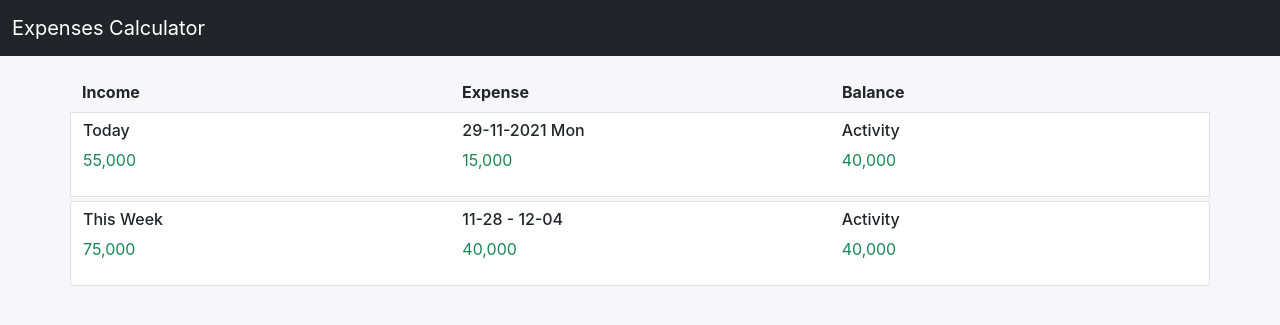
Repository: eidankhan/expenses-calculator
Page: /
The author's editor kept a copy of each file at every save. The page is drawn from the files as they stood at one save, then again after the next save.
The browser window is 1280 px wide. The pictures show the whole page.
The project was rebuilt for these pictures with package versions that can differ from the ones it lists, and the page was loaded fresh each time. Also part of the build but not shown: src/components/SaveIncome.js.

Above is the page before, as saved 2021-11-29 17:29:31.

### public/index.html
<!DOCTYPE html>
<html lang="en">
  <head>
    <meta charset="utf-8" />
    <link rel="icon" href="%PUBLIC_URL%/favicon.ico" />
    <meta name="viewport" content="width=device-width, initial-scale=1" />
    <meta name="theme-color" content="#000000" />
    <meta
      name="description"
      content="Web site created using create-react-app"
    />
    <link rel="apple-touch-icon" href="%PUBLIC_URL%/logo192.png" />
    <link rel="manifest" href="%PUBLIC_URL%/manifest.json" />
    <!-- CSS only -->
    <link
      href="https://cdn.jsdelivr.net/npm/bootstrap@5.1.3/dist/css/bootstrap.min.css"
      rel="stylesheet"
      integrity="sha384-1BmE4kWBq78iYhFldvKuhfTAU6auU8tT94WrHftjDbrCEXSU1oBoqyl2QvZ6jIW3"
      crossorigin="anonymous"
    />
    <title>Shopping Cart App</title>
  </head>
  <body>
    <noscript>You need to enable JavaScript to run this app.</noscript>
    <div id="root"></div>
    <!-- JavaScript Bundle with Popper -->
    <script
      src="https://cdn.jsdelivr.net/npm/bootstrap@5.1.3/dist/js/bootstrap.bundle.min.js"
      integrity="sha384-ka7Sk0Gln4gmtz2MlQnikT1wXgYsOg+OMhuP+IlRH9sENBO0LRn5q+8nbTov4+1p"
      crossorigin="anonymous"
    ></script>
  </body>
</html>

### src/index.css
body {
  margin: 0;
  font-family: -apple-system, BlinkMacSystemFont, 'Segoe UI', 'Roboto', 'Oxygen',
    'Ubuntu', 'Cantarell', 'Fira Sans', 'Droid Sans', 'Helvetica Neue',
    sans-serif;
  -webkit-font-smoothing: antialiased;
  -moz-osx-font-smoothing: grayscale;
}

code {
  font-family: source-code-pro, Menlo, Monaco, Consolas, 'Courier New',
    monospace;
}

body{
  background-color: #F7F7F9;
}

### src/App.js
// import {
//   BrowserRouter as Router,
//   Routes,
//   Route,
// } from "react-router-dom";

import { IncomeSummary } from "./components/IncomeSummary";
import { Navbar } from "./components/Navbar";
import { SaveIncome } from "./components/SaveIncome";

function App() {
  return (
    <>
      <Navbar />
      <div className="container my-3">
        {/* <SaveIncome/> */}
        <IncomeSummary/>
      </div>
    </>
  );
}

export default App;

### src/components/IncomeSummary.js
import React from "react";

export const IncomeSummary = () => {
  return (
    <div className="my-3">
      <div className="row">
        <div className="col-md-4 my-2 ">
          {" "}
          <strong>Income</strong>{" "}
        </div>
        <div className="col-md-4 my-2 ">
          {" "}
          <strong>Expense</strong>{" "}
        </div>
        <div className="col-md-4 my-2 ">
          {" "}
          <strong>Balance</strong>{" "}
        </div>
      </div>
      <div className="row border rounder" style={{backgroundColor: "white"}}>
        <div className="col-md-4 my-2" m>
          <h6> Today </h6>
          <p className="text-success"> 55,000</p>
        </div>
        <div className="col-md-4 my-2">
          <h6> 29-11-2021 Mon </h6>
          <p className="text-success"> 15,000</p>
        </div>
        <div className="col-md-4 my-2">
          <h6> Activity </h6>
          <p className="text-success"> 40,000</p>
        </div>
      </div>
      <div className="row border rounded my-1" style={{backgroundColor: "white"}}>
        <div className="col-md-4 my-2">
          <div className="cards">
            <h6> This Week </h6>
            <p className="text-success"> 75,000</p>
          </div>
        </div>
        <div className="col-md-4 my-2">
          <h6> 11-28 - 12-04 </h6>
          <p className="text-success"> 40,000</p>
        </div>
        <div className="col-md-4 my-2">
          <h6> Activity </h6>
          <p className="text-success"> 40,000</p>
        </div>
      </div>
    </div>
  );
};

### src/components/Navbar.js
import React from "react";

export const Navbar = () => {
  return (
    <nav className="navbar navbar-dark bg-dark">
      <div className="container-fluid">
        <a className="navbar-brand" href="/" > Expenses Calculator</a>

        {/* <form className="d-flex">
          <input
            className="form-control me-2"
            type="search"
            placeholder="Search"
            aria-label="Search"
          />
          <button className="btn btn-outline-success" type="submit">
            Search
          </button>
        </form> */}

      </div>
    </nav>
  );
};

Loaded but not shown: src/index.js (common file)

After the next save:
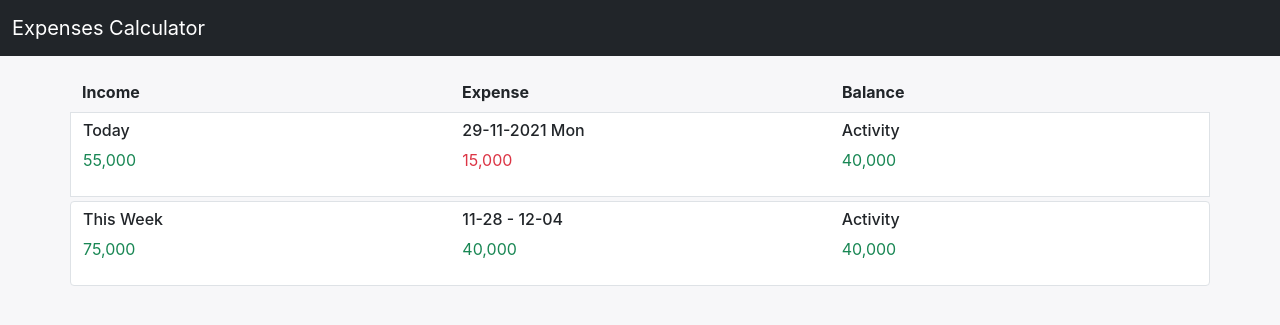
Saved 24 s later.
--- a/src/components/IncomeSummary.js
+++ b/src/components/IncomeSummary.js
@@ -24,7 +24,7 @@ export const IncomeSummary = () => {
         </div>
         <div className="col-md-4 my-2">
           <h6> 29-11-2021 Mon </h6>
-          <p className="text-success"> 15,000</p>
+          <p className="text-danger"> 15,000</p>
         </div>
         <div className="col-md-4 my-2">
           <h6> Activity </h6>
